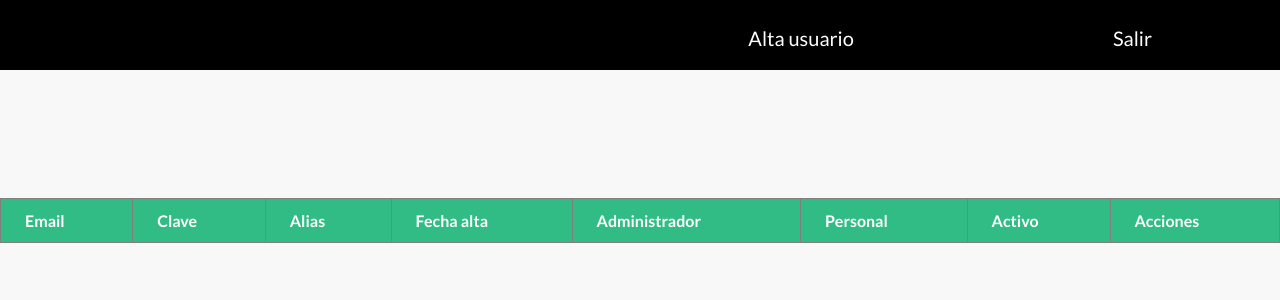
Repository: Mariangeles94/practica_gestion_usuarios
Page: http://localhost/Gestion/administrador/index.php
The author's editor kept a record of every edit. The page is drawn from the files as they stood at one moment, then again after the next edit.
The browser window is 1280 px wide. The pictures show the whole page.
The page is run by PHP 8.4 with error messages shown; the project is at /var/www/html/. Queries for data that is not in the repository find no rows.

Above is the page before.

After the next edit:
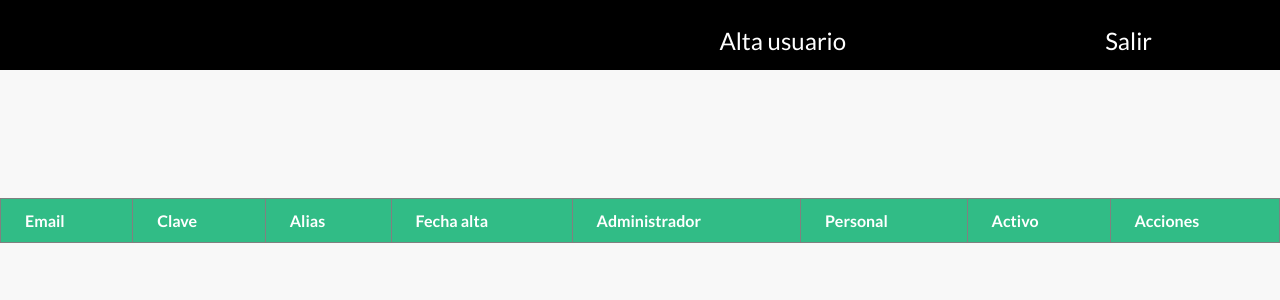
The edit:
--- a/css/demo.css
+++ b/css/demo.css
@@ -26,7 +26,7 @@
     width: 20%;
     padding: 10%;
     margin-top: 5%;
-    font-size: 1.25em;
+    font-size: 1.5em;
 }
 body {
 	font-family: 'Lato', Arial, sans-serif;
